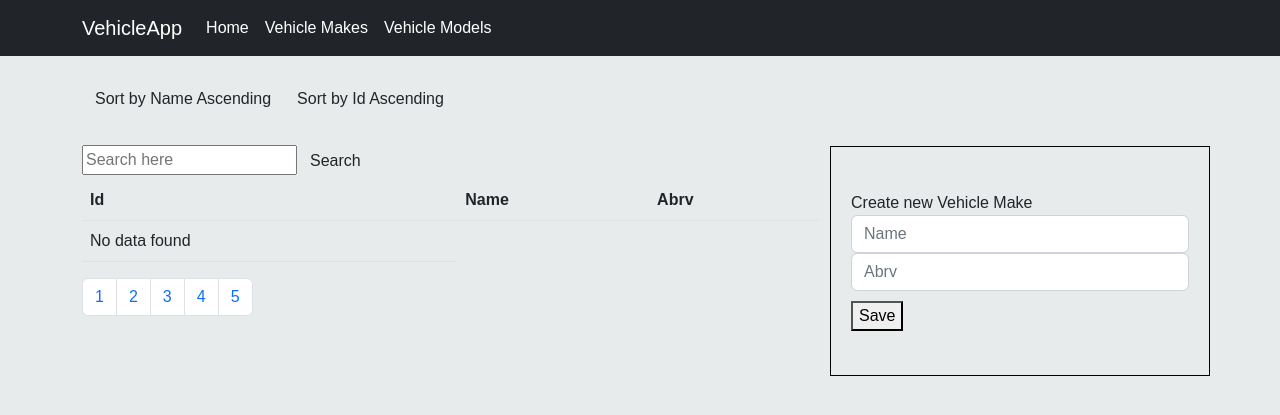
Repository: magdalenarajic/VehicleFrontend
Page: /Makes
These files come from the project's save history. The page is drawn as it stood at one moment and after the next save; the edit follows.
The browser window is 1280 px wide. The pictures show the whole page.
The page's requests for data from a server got no answer. The project was rebuilt for these pictures with package versions that can differ from the ones it lists, and the page was loaded fresh each time. No one was signed in, and anything a server would have sent is missing. Also part of the build but not shown: src/components/Home.js, src/services/modelService.js, src/stores/modelStore.js, src/components/VehicleModel.js.

Above is the page before, as saved 2023-03-11 10:36:46.

After the next save:
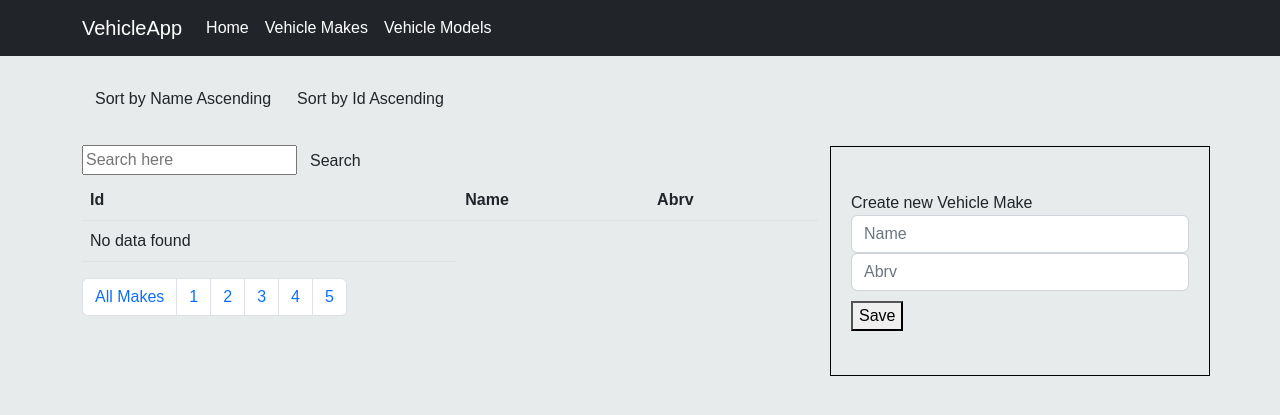
Saved 3 min 35 s later.
--- a/src/components/VehicleMake.js
+++ b/src/components/VehicleMake.js
@@ -171,6 +171,9 @@ const MakeList = () => {
                 </Table>
                 <Col>
                 <Pagination>
+                <Pagination.Item onClick={() => handleGetData()} >
+   All Makes
+ </Pagination.Item>
  <Pagination.Item value={pageNumber} onClick={() => handlePagedData(1, 3)} >
    {1}
  </Pagination.Item>
